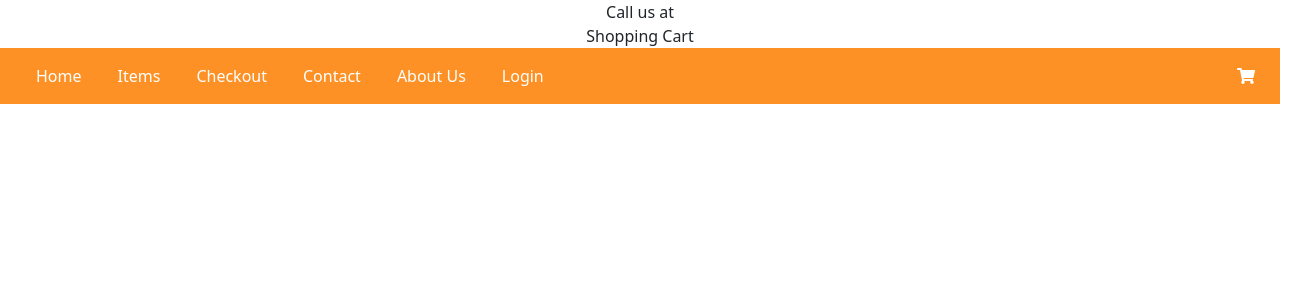
Repository: SaudCh/React-Ecommerce
Page: /login
An editor plug-in stored every save of this project. The page is shown before and after the next save, followed by the edit.
The browser window is 1280 px wide. The page is 1292 px wide, so the pictures cover 1292 px, including what lies to the right of the window. The pictures show the whole page.
The project was rebuilt for these pictures with package versions that can differ from the ones it lists, and the page was loaded fresh each time. Also part of the build but not shown: src/App.css.

Above is the page before, as saved 2021-12-05 12:33:32.

### src/App.js
import "./App.css";
import Header from "./Header/Header";
import "../node_modules/bootstrap/dist/css/bootstrap.min.css";
import "../node_modules/bootstrap/dist/js/bootstrap.bundle.min";
import { BrowserRouter, Switch, Route } from "react-router-dom";

function App() {
  return (
    <BrowserRouter>
      <Header />
      <Switch>
        <Route path="/" exact>
          <div>Home</div>
        </Route>
      </Switch>
    </BrowserRouter>
  );
}

export default App;

### src/Header/Header.jsx
import { faShoppingCart } from "@fortawesome/free-solid-svg-icons";
import { FontAwesomeIcon } from "@fortawesome/react-fontawesome";
import React from "react";
import { Link } from "react-router-dom";
import "./Header.css";

export default function Header() {
  return (
    <div>
      <nav className="cotainer-fluid">
        <div className="row">
          <div className="col-12 text-center">
            <p className="m-0 p-0">Call us at </p>
          </div>
          <div className="col-12 text-center">
            <p className="m-0">Shopping Cart</p>
          </div>
          <div className="col-12 text-center"></div>
        </div>
      </nav>
      <nav
        class="navbar navbar-expand-md navbar-dark"
        style={{ backgroundColor: "#fe9126" }}
      >
        <div class="container-fluid">
          <Link class="navbar-brand" href="#"></Link>

          <button
            class="navbar-toggler"
            type="button"
            data-bs-toggle="collapse"
            data-bs-target="#navbarSupportedContent"
            aria-controls="navbarSupportedContent"
            aria-expanded="false"
            aria-label="Toggle navigation"
          >
            <span class="navbar-toggler-icon"></span>
          </button>
          <div class="collapse navbar-collapse" id="navbarSupportedContent">
            <ul class="navbar-nav me-auto mb-2 mb-lg-0 nav-ul">
              <li class="nav-item">
                <Link class="nav-link  text-white" aria-current="page" to="#">
                  Home
                </Link>
              </li>
              <li class="nav-item">
                <Link class="nav-link  text-white" to="#">
                  Items
                </Link>
              </li>

              <li class="nav-item">
                <Link
                  class="nav-link text-white"
                  to="#"
                  tabindex="-1"
                  aria-disabled="true"
                >
                  Checkout
                </Link>
              </li>
              <li class="nav-item">
                <Link
                  class="nav-link text-white"
                  to="#"
                  tabindex="-1"
                  aria-disabled="true"
                >
                  Contact
                </Link>
              </li>
              <li class="nav-item">
                <Link
                  class="nav-link text-white"
                  to="#"
                  tabindex="-1"
                  aria-disabled="true"
                >
                  About Us
                </Link>
              </li>
              <li class="nav-item">
                <Link
                  class="nav-link text-white"
                  to="#"
                  tabindex="-1"
                  aria-disabled="true"
                >
                  Login
                </Link>
              </li>
            </ul>
            <button className="btn text-white">
              <FontAwesomeIcon icon={faShoppingCart} />
            </button>
          </div>
        </div>
      </nav>
    </div>
  );
}

### src/Header/Header.css
.nav-ul li {
  margin-right: 20px;
}

Loaded but not shown: public/index.html (common file); src/index.js (common file); src/reportWebVitals.js (common file)

After the next save:
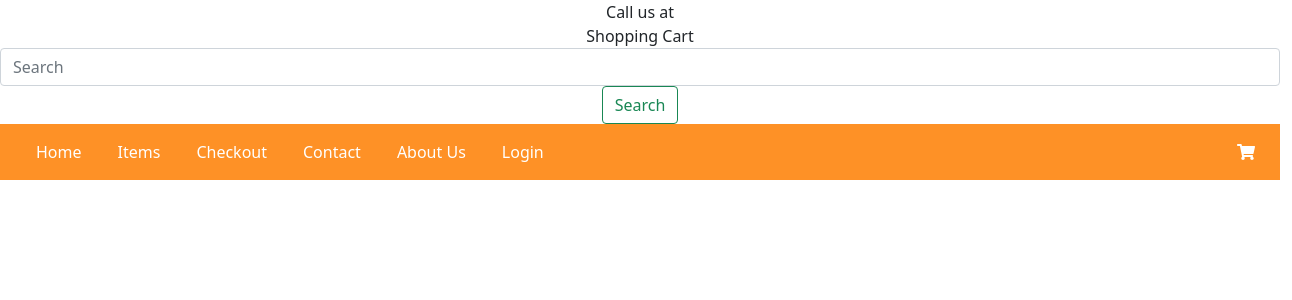
Saved 58 s later.
--- a/src/Header/Header.jsx
+++ b/src/Header/Header.jsx
@@ -15,7 +15,22 @@ export default function Header() {
           <div className="col-12 text-center">
             <p className="m-0">Shopping Cart</p>
           </div>
-          <div className="col-12 text-center"></div>
+          <div className="col-12 text-center">
+            <form class="form-inline my-2 my-lg-0">
+              <input
+                class="form-control mr-sm-2"
+                type="search"
+                placeholder="Search"
+                aria-label="Search"
+              />
+              <button
+                class="btn btn-outline-success my-2 my-sm-0"
+                type="submit"
+              >
+                Search
+              </button>
+            </form>
+          </div>
         </div>
       </nav>
       <nav
